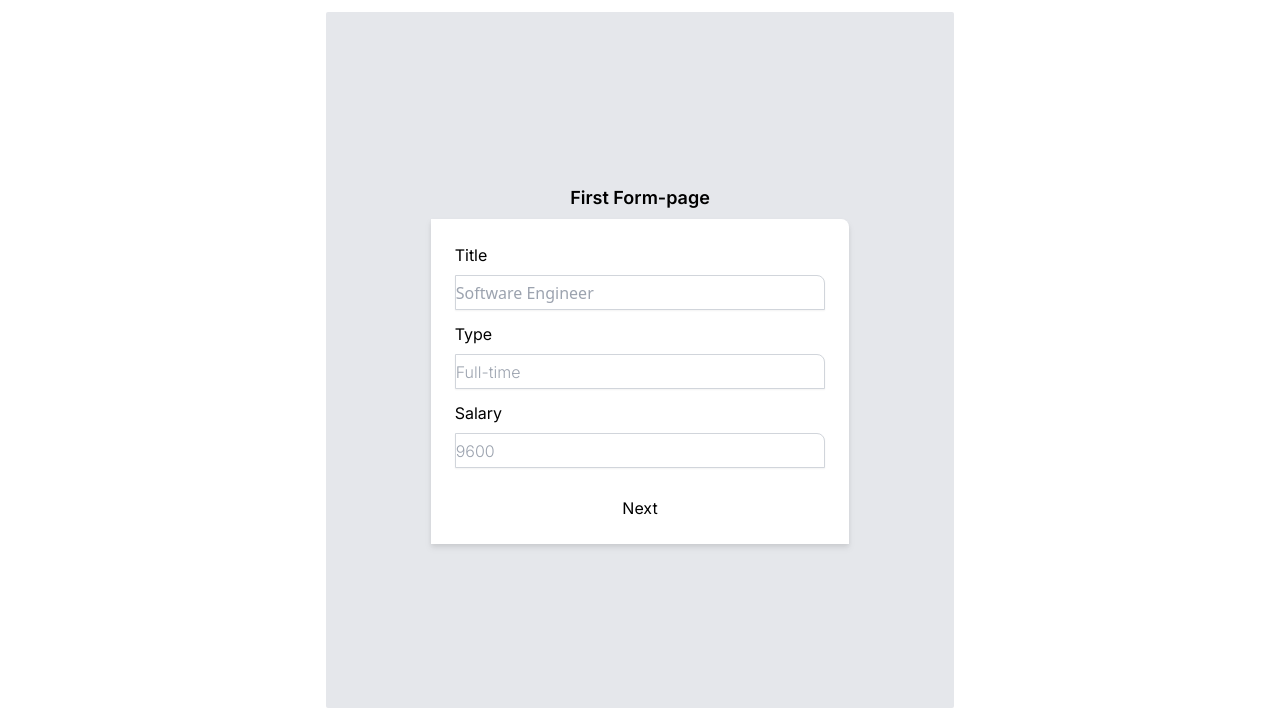
Repository: Abdibaye/Job-Sphere
Page: /form
An editor plug-in stored every save of this project. The page is shown before and after the next save, followed by the edit.
The browser window is 1280 px wide. The pictures show the whole page.
The project was rebuilt for these pictures with package versions that can differ from the ones it lists, and the page was loaded fresh each time. Also part of the build but not shown: vite.config.js, src/components/search.jsx, src/components/navbar.jsx, src/pages/descriptionpage.jsx, src/components/job.jsx, src/components/feed.jsx, src/components/saved.jsx, src/components/filter.jsx and 4 more.

Above is the page before, as saved 2025-02-23 01:05:07.

### index.html
<!doctype html>
<html lang="en">
  <head>
    <meta charset="UTF-8" />
    <link rel="icon" type="image/svg+xml" href="/vite.svg" />

    <link rel="preconnect" href="https://fonts.googleapis.com">
    <link rel="preconnect" href="https://fonts.gstatic.com" crossorigin>
    <link href="https://fonts.googleapis.com/css2?family=Inter:ital,opsz,wght@0,14..32,100..900;1,14..32,100..900&family=Open+Sans:ital,wght@0,300..800;1,300..800&family=Poppins:wght@100;200;300;400;600;700&display=swap" rel="stylesheet">

    <meta name="viewport" content="width=device-width, initial-scale=1.0" />
    <title>Vite + React</title>
  </head>
  <body>
    <div id="root"></div>
    <script type="module" src="/src/main.jsx"></script>
  </body>
</html>

### src/main.jsx
import { StrictMode } from 'react'
import { createRoot } from 'react-dom/client'
import './index.css'
import App from './App.jsx'
import Description from './pages/descriptionpage.jsx'
import HomePage from './pages/homepage.jsx'

createRoot(document.getElementById('root')).render(
  <StrictMode>
    <App />
  </StrictMode>,
)

### src/App.jsx
import Navbar from "./components/navbar";
import Description from "./pages/descriptionpage";
import HomePage from "./pages/homepage";
import LoginPage from "./pages/loginpage";
import SignUp from "./pages/Signup";
import { BrowserRouter, Routes, Route, Outlet } from "react-router-dom";
import Feed from "./components/feed";
import Forms from "./pages/formpage";

function App() {
  return (
    <BrowserRouter>
      <Routes>
        {/* Default route for login */}
        <Route path="/" element={<LoginPage />} />

        {/* Nested routes under Navbar */}
        <Route path="/navbar" element={<Navbar />}>
          <Route index element={<HomePage    />} /> {/* Default child route */}
          <Route path="description" element={<Description />} /> {/* Relative path */}
        </Route>

        {/* Signup route */}
        <Route path="/signup" element={<SignUp />} />


        <Route path='/form' element = {<Forms />} />
      </Routes>
    </BrowserRouter>
  );
}

export default App;

### src/pages/formpage.jsx
import { BrowserRouter, Routes, Route, Link, Outlet } from "react-router-dom";
import Form from "../components/form";



function Forms(){
    return(
        <>
        <div>
        <Form />
        <Outlet />
        </div>
        </>
    )


}



export default Forms;

### src/components/form.jsx
import { useFormik } from "formik";

const initialValues = {
  title: '',
  type: '',
  salary: ''
}

function Form() {
  const { values, handleBlur, handleChange, handleSubmit } = useFormik({
    initialValues: initialValues,
    onSubmit: (value) => {
      console.log(value);
    }
  });

  console.log("empty:" + values.title);

  return (
    <div className="h-screen font-inter flex justify-center p-3">
      <div className="bg-gray-200 w-1/2 rounded-sm flex flex-col justify-center items-center">
        <h1 className="m-2 font-[600] text-[18px]">First Form-page</h1>
        <form onSubmit={handleSubmit} className="bg-[#fff] w-2/3 h-fit flex flex-col justify-center p-6 rounded-tr-lg drop-shadow-md">
          <label className="mb-2">Title</label>
          <input
            name="title"
            value={values.title}
            onChange={handleChange}
            onBlur={handleBlur}
            className="mb-3 h-[35px] border border-gray-300 rounded-tr-lg shadow-sm focus:outline-none font-sans font-light"
            type="text"
            placeholder="Software Engineer"
          />
          <label className="mb-2">Type</label>
          <input
            name="type"
            value={values.type}
            onChange={handleChange}
            onBlur={handleBlur}
            className="mb-3 h-[35px] border border-gray-300 rounded-tr-lg shadow-sm focus:outline-none font-light"
            type="text"
            placeholder="Full-time"
          />
          <label className="mb-2">Salary</label>
          <input
            name="salary"
            value={values.salary}
            onChange={handleChange}
            onBlur={handleBlur}
            className="mb-3 h-[35px] border border-gray-300 rounded-tr-lg shadow-sm focus:outline-none font-light"
            type="text"
            placeholder="9600"
          />
          <button type="submit" className="mt-4">Next</button>
        </form>
      </div>
    </div>
  );
}

export default Form;

### tailwind.config.js
/** @type {import('tailwindcss').Config} */
export default {
  content: [
    "./index.html",
    "./src/**/*.{js,ts,jsx,tsx}",
  ],
  theme: {
    extend: {
      fontFamily: {
        'inter': ['Inter', 'sans-serif'],
      },
    },
  },
  plugins: [],
}

Loaded but not shown: src/index.css (common file)

After the next save:
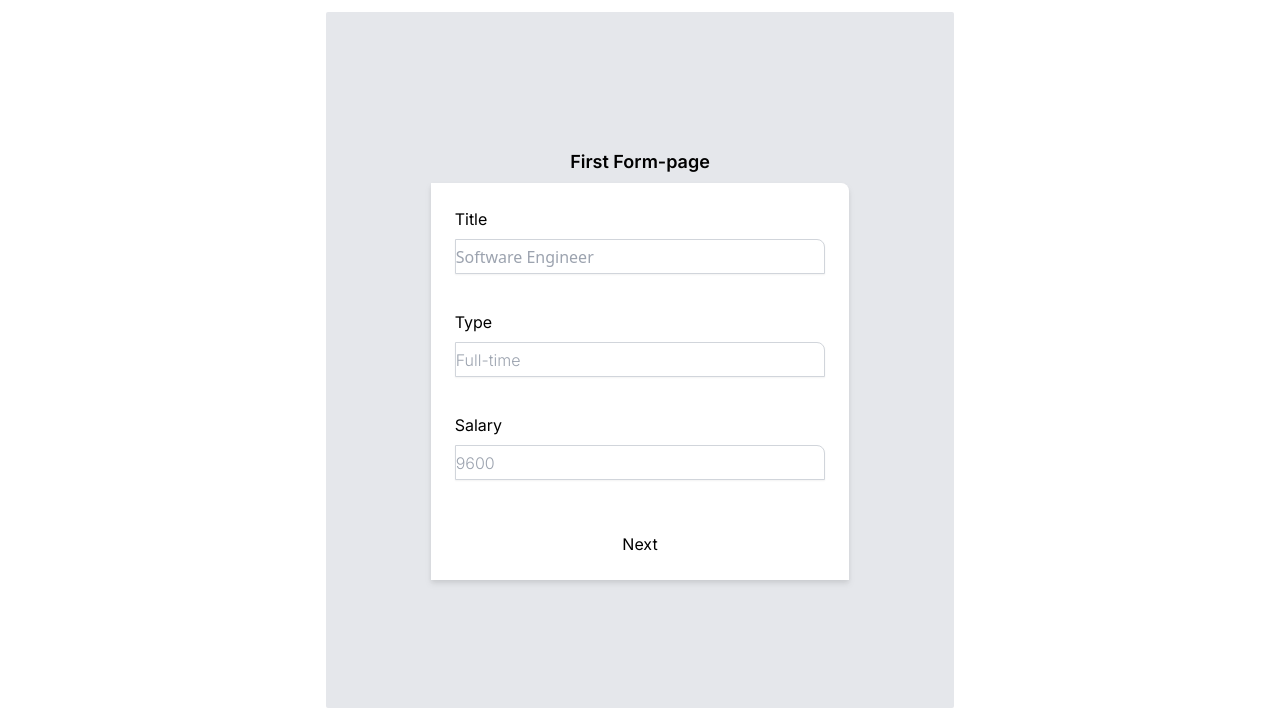
Saved 13 min 6 s later.
--- a/src/components/form.jsx
+++ b/src/components/form.jsx
@@ -31,6 +31,7 @@ function Form() {
             type="text"
             placeholder="Software Engineer"
           />
+          <br></br>
           <label className="mb-2">Type</label>
           <input
             name="type"
@@ -41,6 +42,7 @@ function Form() {
             type="text"
             placeholder="Full-time"
           />
+          <br></br>
           <label className="mb-2">Salary</label>
           <input
             name="salary"
@@ -51,6 +53,7 @@ function Form() {
             type="text"
             placeholder="9600"
           />
+          <br></br>
           <button type="submit" className="mt-4">Next</button>
         </form>
       </div>
